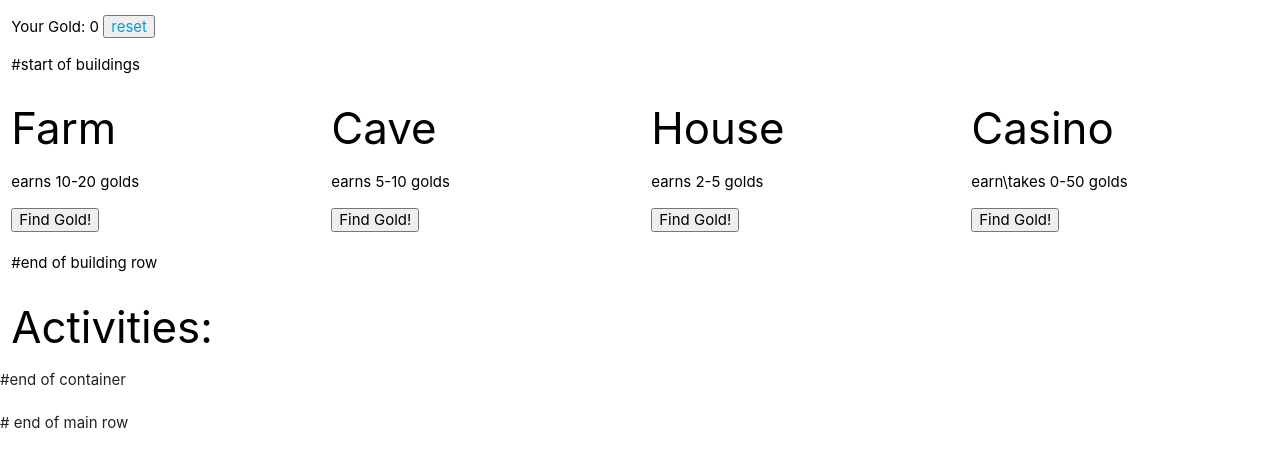
Repository: bvnger/Ninja_gold_flask
Page: http://localhost/
The author's editor kept a copy of each file at every save. The page is drawn from the files as they stood at one save, then again after the next save.
The browser window is 1280 px wide. The pictures show the whole page.
The page is served by the project's application, run on Flask 3 (server.py).

Above is the page before, as saved 2019-11-04 14:23:44.

After the next save:
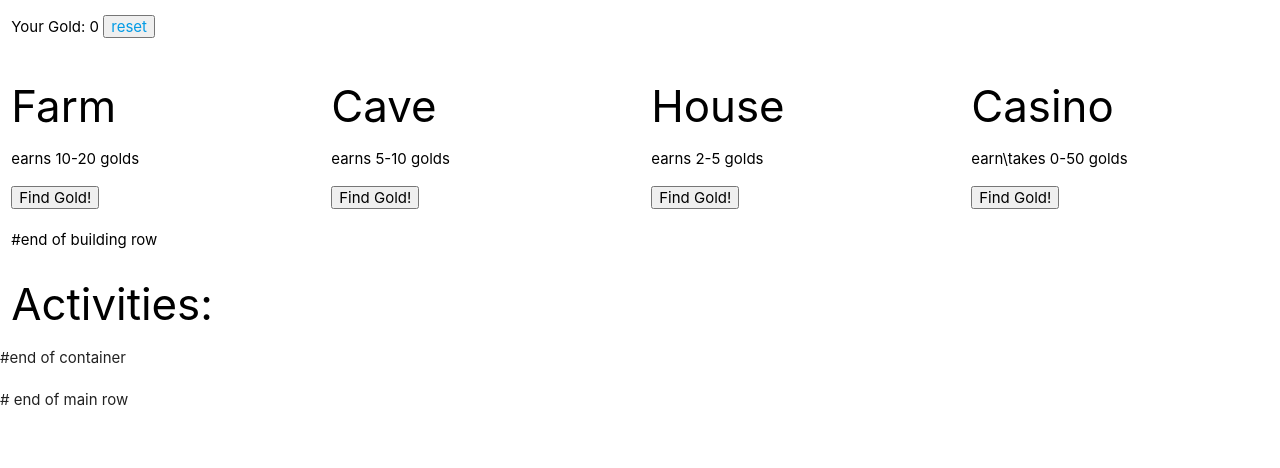
Saved 30 s later.
--- a/templates/index.html
+++ b/templates/index.html
@@ -21,7 +21,7 @@
             </div>
             <!-- ########################             -->
         </div>
-<div class ="mid"> #start of buildings
+<div class ="mid"> <!--#start of buildings-->
 <div class="row">
 
 <form class="col s3" action="/process" method="POST">
